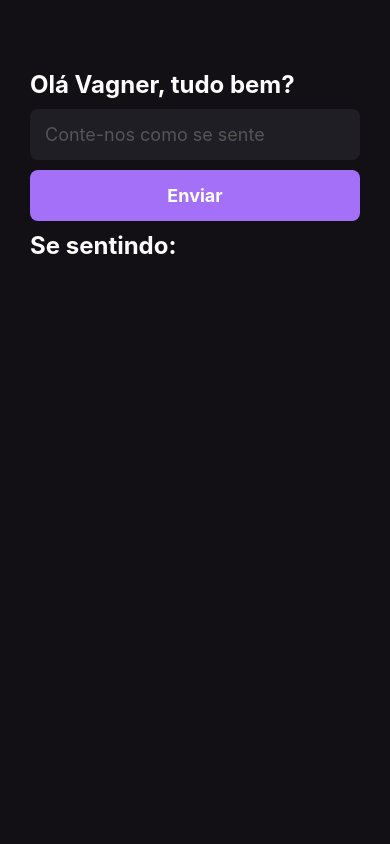
Repository: vagnereix/01-myskills-trilha-react-native
Screen: /
An editor plug-in stored every save of this project. The screen is shown before and after the next save, followed by the edit.
The app was drawn by React Native's web renderer in a window 390 px wide. The project was rebuilt for these pictures with package versions that can differ from the ones it lists, and the page was loaded fresh each time.

Above is the screen before, as saved 2021-06-17 17:48:41.

After the next save:
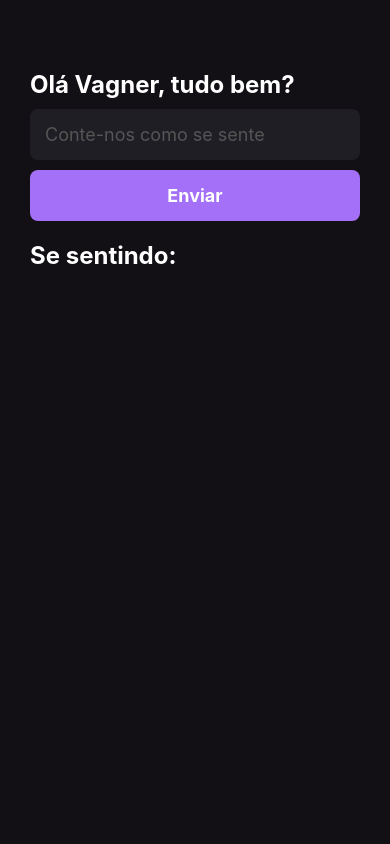
Saved 6 s later.
--- a/pages/home.tsx
+++ b/pages/home.tsx
@@ -34,7 +34,7 @@ export function Home() {
           <Text style={styles.touchText}>Enviar</Text>
         </TouchableOpacity>
 
-        <Text style={[styles.title, {marginTop: 10}]}>Se sentindo:</Text>
+        <Text style={[styles.title, {marginTop: 20}]}>Se sentindo:</Text>
       </View>
     );
 }
